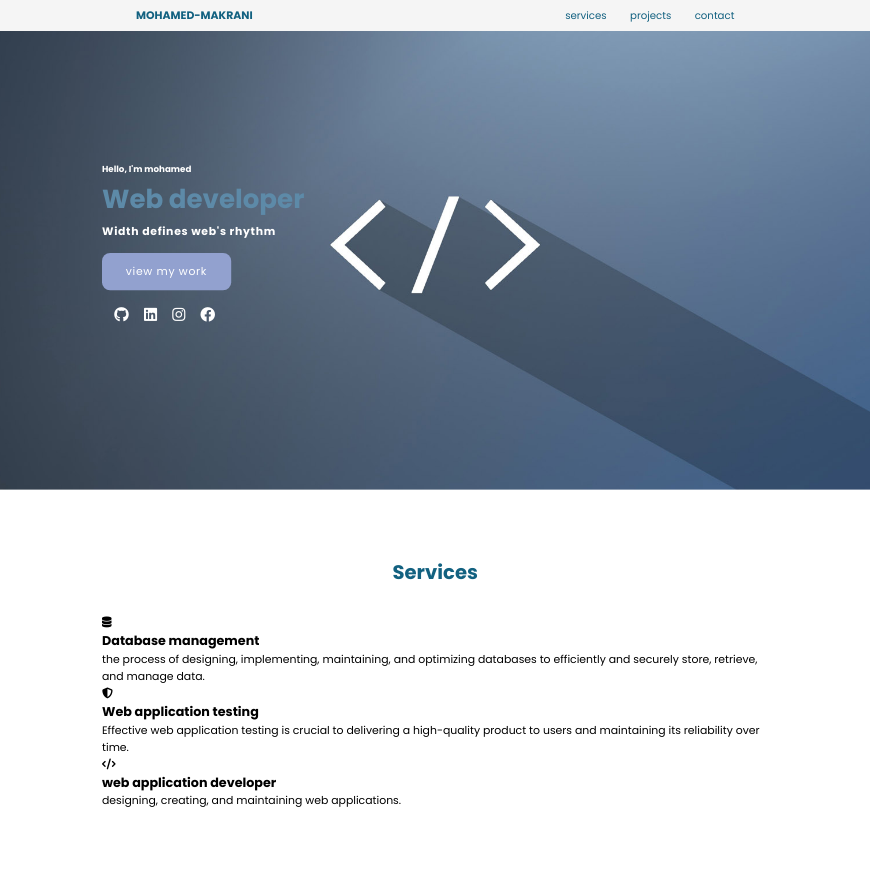
Repository: mohamed-makrani/Portfolio
Page: indixe.html
The author's editor kept a copy of each file at every save. The page is drawn from the files as they stood at one save, then again after the next save.
The browser window is 1280 px wide. The pictures show the whole page, at 68% of full size.
Backgrounds fixed to the window are drawn as part of the page.

Above is the page before, as saved 2023-09-16 19:10:09.

### indixe.html
<!DOCTYPE html>
<html lang="en">
<head>
    <meta charset="UTF-8">
    <meta name="descreption" content="makrani-mohamed/portfilio"/>
    <title>Mohamed-makrani</title>
    <link rel="stylesheet" href="https://cdnjs.cloudflare.com/ajax/libs/font-awesome/6.4.2/css/all.min.css"/>
    <link  rel="stylesheet" href="style.css" />
</head>
<body>
    <header>
        <a class="logo" href="#" >Mohamed-makrani</a>
        <nav class="navigation">
            <a href="#services" >services</a>
            <a href="#" > projects</a>
            <a href="#"> contact </a>

        </nav>
    </header>
    <section class="main">
        <div>
            <h6>Hello, I'm mohamed </h6>
            <h1>Web developer</h1>
            <h4>Width defines web's rhythm</h4>
        <a href="#" class="main-button">view my work</a>
        <div class="social-media">
            <a href="#" ><i class="fa-brands fa-github"></i></a>
            <a href="#" ><i class="fa-brands fa-linkedin"></i></a>
            <a href="#"><i class="fa-brands fa-instagram"></i></a>
            <a href="#"><i class="fa-brands fa-facebook"></i></a>
        </div>
        </div>
    </section>
    <section class="card" id="services" >
        <h2 class="title">Services</h2>
        <div class="content">
            <div class="card">
                <div class="icon"> <i class="fa-solid fa-database"></i></div>

            </div>
            <div class="info">
                <h3>Database management</h3>
                <p> the process of designing, implementing, maintaining, and optimizing databases to efficiently and securely store, retrieve, and manage data.</p>
            </div>
            <div class="card">
                <div class="icon"><i class="fa-solid fa-shield-halved"></i></i></div>
            </div>
            <div class="info">
                <h3>Web application testing</h3>
                <p> Effective web application testing is crucial to delivering a high-quality product to users and maintaining its reliability over time.</p>
            </div>
            <div class="card">
                <div class="icon"><i class="fa-solid fa-code"></i></div>
            </div>
            <div class="info">
                <h3>web application developer</h3>
                <p> designing, creating, and maintaining web applications.</p>
            </div>




        </div>












    </section>





















</body>
</html>

### style.css
@import url('https://fonts.googleapis.com/css2?family=Poppins:ital,wght@0,200;0,300;0,400;0,500;0,600;0,700;0,800;0,900;1,100;1,200;1,300;1,400;1,500;1,600;1,700;1,800;1,900&display=swap');

*{

    font-family: 'Poppins', sans-serif;
    margin: 0;
    padding: 0;
    box-sizing: border-box;
    scroll-behavior: smooth;
}
 header{

    background-color: #f5f5f5;
    width: 100%;
    position: fixed;
    display: flex;
    z-index: 999;
    justify-content: space-between;
    align-items: center;
    padding: 10px 200px;

 }
 .logo {
    /* default is 16 px */

    text-decoration: none;
    font-size: 16px;
    color: #126180;
    text-transform: uppercase;
    font-weight: 700;
 }
 .navigation a{
    color: #126180;
    font-size: 15px;
    font-weight: 600px;
    text-decoration: none;
    padding-left:  30px;

 }
.navigation a:hover {

color: rgb(83, 15, 146);
}
 section {

   padding: 100px 150px;
 }
 .main{

   width: 100%;
   min-height: 100vh;
   display: flex;
   align-items: center;
   background:url(backround.jpg) no-repeat;
   background-size: cover;
   background-position:center ;
   background-attachment: fixed;

 }
 .main h6 {

   color: white;
   font-weight:500px ;
   font-size: 0.8em;


 }

 .main h1 {

   color:#5d8aa8 ;
   font-size: 2.4em;
   font-weight: 500px;
   margin-top: 6px;
 }
 .main h4 {

   color: white;
   font-size: 1em;
   font-weight: 500px;
   margin-top: 6px;
   margin-bottom: 20px;
   letter-spacing:1px;
 }
.main-button {

color : white;
text-decoration: none;
background-color: #92a1cf;
letter-spacing : 1px;
font-size: 1em;
font-weight: 600px;
display: inline-block;
padding: 0.935em 2.187em;
border-radius: 12px;
margin-bottom: 20px;
transition: 0.7s ease;

}
.main-button :hover{
   background-color:#545aa7;
   transform: scale(1.1);
}
.social-media a{

   color: white;
   font-size: 22px;
   padding-left: 18px;

}

.title {

   display: flex;
   justify-content: center;
   color:#126180;
   font-size:1.8em ;
   font-weight: 600px;
   margin-bottom: 40px;
}
.content card {
   display: flex;
   justify-content: center;
   flex-direction: row;
   flex-wrap: wrap;
   background-color:#f5f5f5;
   width: 21.25em;
}

After the next save:
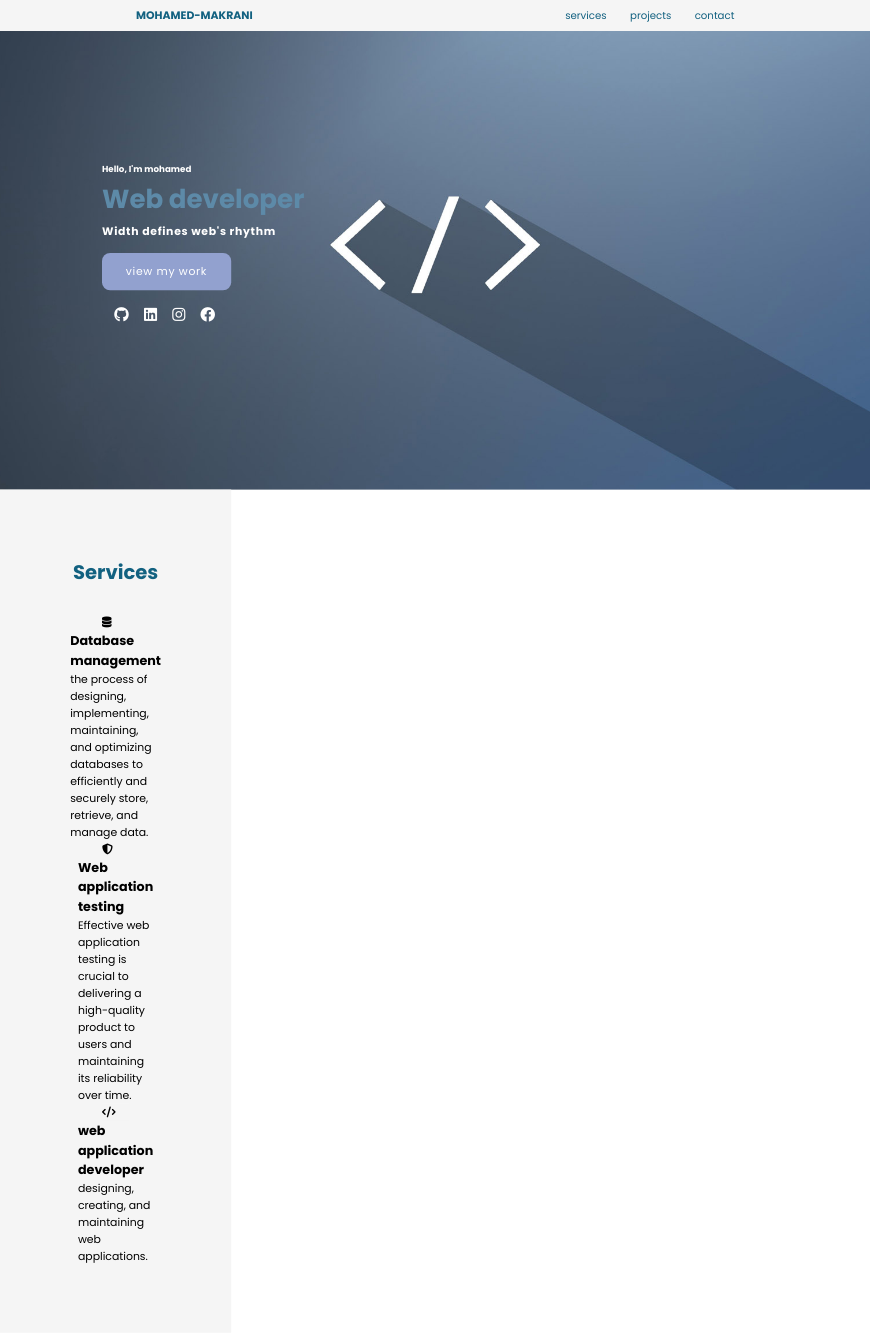
Saved 62 s later.
--- a/style.css
+++ b/style.css
@@ -118,11 +118,13 @@ transition: 0.7s ease;
    font-weight: 600px;
    margin-bottom: 40px;
 }
-.content card {
+.content {
    display: flex;
    justify-content: center;
    flex-direction: row;
    flex-wrap: wrap;
+}
+.card {
    background-color:#f5f5f5;
-   width: 21.25em;
+   width:21.25em;
 }
